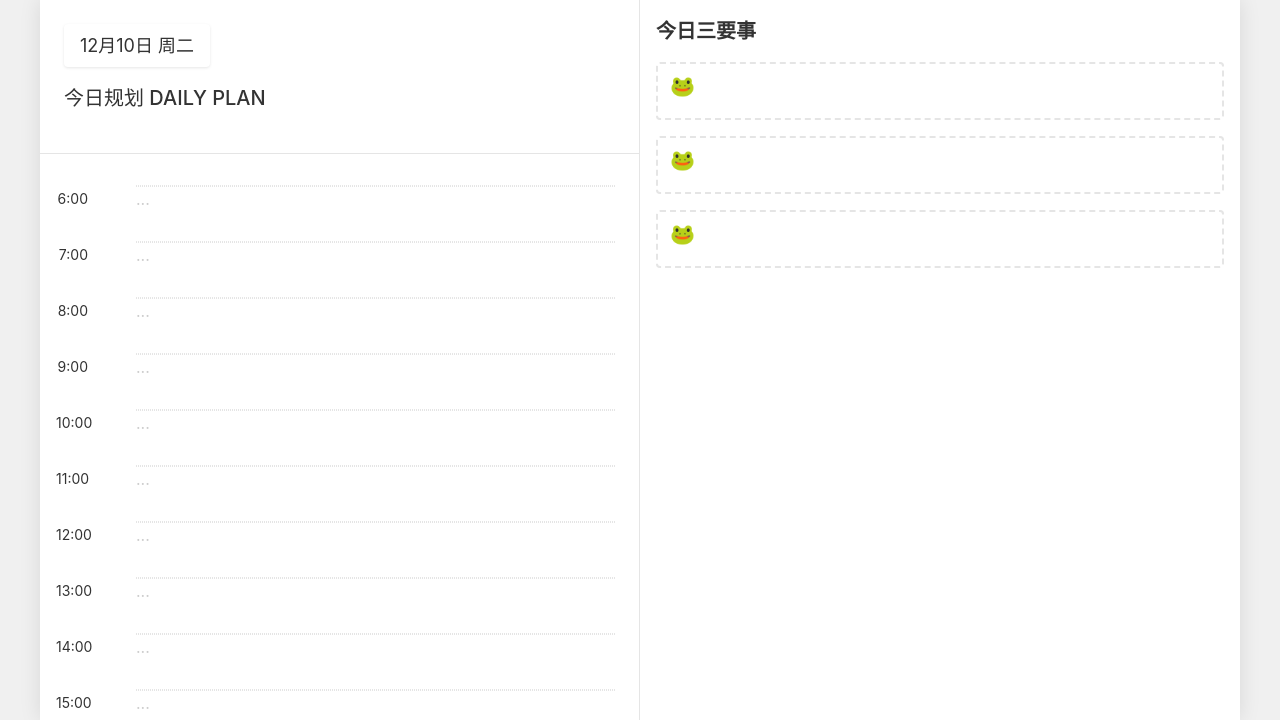
Repository: a6288a/Daily-Planner
Page: index.html
These files come from the project's save history. The page is drawn as it stood at one moment and after the next save; the edit follows.
The browser window is 1280 px wide. The pictures show the whole page.
An inner scrolling area shows only its first screen.

Above is the page before, as saved 2024-12-10 17:35:28.

### index.html
<!DOCTYPE html>
<html lang="zh">
<head>
    <meta charset="UTF-8">
    <meta name="viewport" content="width=device-width, initial-scale=1.0">
    <title>每日规划笔记本</title>
    <link rel="stylesheet" href="styles.css">
</head>
<body>
    <div class="container">
        <!-- 左侧时间轴区域 -->
        <div class="timeline-area">
            <!-- 顶部日期区域 -->
            <div class="date-header">
                <div class="current-date" id="current-date">
                    <!-- 日期将通过 JS 动态生成 -->
                </div>
                <h1 class="page-title">今日规划 DAILY PLAN</h1>
            </div>
            <div class="timeline-container" id="timeline-container">
                <!-- 时间轴将通过 JS 动态生成 -->
            </div>
        </div>

        <!-- 右侧区域 -->
        <div class="right-area">
            <!-- 三只青蛙区域 -->
            <div class="frogs-area">
                <h2 class="frogs-title">今日三要事</h2>
                <div class="frog-tasks">
                    <div class="frog-task">
                        <span class="frog-emoji">🐸</span>
                        <div class="task-content" data-index="0">点击设置重要事项</div>
                        <button class="task-clear" title="清除">×</button>
                    </div>
                    <div class="frog-task">
                        <span class="frog-emoji">🐸</span>
                        <div class="task-content" data-index="1">点击设置重要事项</div>
                        <button class="task-clear" title="清除">×</button>
                    </div>
                    <div class="frog-task">
                        <span class="frog-emoji">🐸</span>
                        <div class="task-content" data-index="2">点击设置重要事项</div>
                        <button class="task-clear" title="清除">×</button>
                    </div>
                </div>
            </div>

            <!-- 自由记录区域 -->
            <div class="free-area" id="free-area">
                <!-- 便签将通过 JS 动态生成 -->
            </div>
        </div>
    </div>
    <script src="script.js"></script>
</body>
</html>

### styles.css
:root {
    /* 纸张风格颜色变量 */
    --paper-color: #ffffff;
    --ink-color: #333333;
    --dot-color: #cccccc;
    --line-color: #e5e5e5;
    --accent-color: #4a90e2;

    /* 间距变量 */
    --spacing-unit: 8px;

    /* 字体变量 */
    --title-font: 'PingFang SC', -apple-system, BlinkMacSystemFont, 'Segoe UI', Roboto, sans-serif;
}

* {
    margin: 0;
    padding: 0;
    box-sizing: border-box;
}

body {
    font-family: var(--title-font);
    color: var(--ink-color);
    background-color: #f0f0f0;
    line-height: 1.5;
}

.container {
    display: grid;
    grid-template-columns: 1fr 1fr;
    min-height: 100vh;
    width: 100%;
    max-width: 1200px;
    margin: 0 auto;
    background: var(--paper-color);
    box-shadow: 0 0 20px rgba(0,0,0,0.1);
}

/* 日期头部样式 */
.date-header {
    padding: calc(var(--spacing-unit) * 3);
    border-bottom: 1px solid var(--line-color);
}

.page-title {
    font-size: 1.25rem;
    font-weight: 500;
    margin-bottom: calc(var(--spacing-unit) * 2);
    color: var(--ink-color);
}

.calendar {
    font-size: 0.75rem;
    color: var(--ink-color);
}

.month-grid {
    display: grid;
    grid-template-columns: repeat(12, 1fr);
    gap: 4px;
    margin-bottom: calc(var(--spacing-unit) * 2);
}

.weekday-row {
    display: grid;
    grid-template-columns: repeat(7, 1fr);
    gap: 4px;
}

/* 时间轴区域样式 */
.timeline-area {
    border-right: 1px solid var(--line-color);
    background: var(--paper-color);
    height: 100vh;
    overflow-y: auto;
    padding: 0;
}

.timeline-container {
    padding: calc(var(--spacing-unit) * 2);
}

.time-slot {
    position: relative;
    padding: calc(var(--spacing-unit) * 1.5) 0;
    margin-left: calc(var(--spacing-unit) * 6);
    min-height: 32px;
    display: flex;
    align-items: center;
}

.time-label {
    position: absolute;
    left: calc(var(--spacing-unit) * -6);
    top: 50%;
    transform: translateY(-50%);
    font-size: 0.875rem;
    color: var(--ink-color);
    width: calc(var(--spacing-unit) * 4);
    text-align: right;
}

.time-content {
    position: relative;
    flex: 1;
    margin-left: calc(var(--spacing-unit) * 3);
    min-height: 24px;
    padding: 4px 8px;
    cursor: text;
    z-index: 1;
}

/* 点状引导线 */
.time-content::before {
    content: '';
    position: absolute;
    left: calc(var(--spacing-unit) * -2);
    right: 8px;
    top: 50%;
    border-top: 1px dotted var(--dot-color);
    z-index: -1;
}

/* 时间轴内容的占位符 */
.time-content:empty::before {
    content: '...';
    color: var(--dot-color);
    position: absolute;
    left: 8px;
    top: 50%;
    transform: translateY(-50%);
    z-index: 0;
}

/* 时间轴内容的编辑状态 */
.time-content:focus {
    outline: none;
    background-color: rgba(74, 144, 226, 0.05);
}

.time-content:hover {
    background-color: rgba(0, 0, 0, 0.02);
}

/* 自由区域样式 */
.free-area {
    flex: 1;
    overflow: auto;
    padding: calc(var(--spacing-unit) * 2);
    position: relative;
    overflow: hidden;
}

.note {
    position: absolute;
    min-width: 200px;
    min-height: 120px;
    max-width: calc(100% - 20px);
    max-height: calc(100% - 20px);
    background: var(--paper-color);
    border-radius: 4px;
    padding: 0;
    box-shadow: 0 2px 4px rgba(0,0,0,0.1);
    user-select: none;
    transform: translate3d(0, 0, 0);
    transition: box-shadow 0.2s ease;
}

.note:hover {
    box-shadow: 0 4px 8px rgba(0,0,0,0.15);
}

.editable {
    width: 100%;
    height: 100%;
    border: none;
    resize: none;
    font-family: inherit;
    font-size: 0.9375rem;
    color: var(--text-primary);
    background: transparent;
    padding: 0;
}

.editable:focus {
    outline: none;
}

/* 响应式设计 */
@media (max-width: 768px) {
    .container {
        grid-template-columns: 1fr; /* 在小屏幕上堆叠显示 */
    }

    .timeline-area,
    .right-area {
        height: 50vh; /* 上下各占一半 */
    }

    .time-label {
        font-size: 0.75rem;
        left: calc(var(--spacing-unit) * -6);
    }

    .note {
        min-width: 160px;
        min-height: 100px;
    }
}

/* 滚动条美化 */
::-webkit-scrollbar {
    width: 8px;
}

::-webkit-scrollbar-track {
    background: var(--background-color);
}

::-webkit-scrollbar-thumb {
    background: var(--primary-light);
    border-radius: 4px;
}

::-webkit-scrollbar-thumb:hover {
    background: var(--primary-color);
}

/* 修改右侧区域结构 */
.right-area {
    display: flex;
    flex-direction: column;
    height: 100vh;
    background: var(--background-color);
}

/* 三只蛙区域样式 */
.frogs-area {
    background: var(--surface-color);
    padding: calc(var(--spacing-unit) * 2);
    box-shadow: var(--shadow-1);
    border-bottom: 1px solid var(--border-color);
}

.frogs-title {
    font-size: 1.25rem;
    color: var(--text-primary);
    margin-bottom: calc(var(--spacing-unit) * 2);
    display: flex;
    align-items: center;
    gap: var(--spacing-unit);
}

.frog-emoji {
    font-size: 1.25rem;
    line-height: 1;
}

.frog-tasks {
    display: grid;
    gap: calc(var(--spacing-unit) * 2);
    margin-bottom: var(--spacing-unit);
}

.frog-task {
    display: flex;
    align-items: center;
    gap: calc(var(--spacing-unit) * 2);
    padding: calc(var(--spacing-unit) * 1.5);
    background: var(--paper-color);
    border: 2px dashed var(--line-color);
    border-radius: 4px;
    min-height: calc(var(--spacing-unit) * 6);
    transition: all 0.2s ease;
    cursor: pointer;
}

.frog-task:hover {
    border-color: var(--accent-color);
    background-color: rgba(74, 144, 226, 0.05);
}

.task-content {
    flex: 1;
    color: var(--text-secondary);
}

.task-content.has-content {
    color: var(--ink-color);
}

.task-clear {
    opacity: 0;
    background: none;
    border: none;
    font-size: 1.2rem;
    color: var(--text-secondary);
    cursor: pointer;
    padding: 4px;
    transition: all 0.2s ease;
}

.frog-task:hover .task-clear {
    opacity: 0.6;
}

.task-clear:hover {
    opacity: 1 !important;
    color: #ff4444;
}

/* 修改自由区域样式 */
.free-area {
    flex: 1;
    overflow: auto;
    padding: calc(var(--spacing-unit) * 2);
    position: relative;
}

/* 响应式设计更新 */
@media (max-width: 768px) {
    .container {
        grid-template-columns: 1fr;
    }

    .timeline-area,
    .right-area {
        height: 50vh;
    }

    .frogs-area {
        padding: var(--spacing-unit);
    }

    .frog-tasks {
        gap: var(--spacing-unit);
    }

    .frog-task {
        padding: var(--spacing-unit);
        min-height: calc(var(--spacing-unit) * 5);
    }
}

/* 修改日期头部样式 */
.current-date {
    font-size: 1rem;
    color: var(--ink-color);
    margin-bottom: calc(var(--spacing-unit) * 2);
    cursor: pointer;
    display: inline-block;
    padding: 8px 16px;
    border-radius: 4px;
    background-color: var(--paper-color);
    box-shadow: 0 1px 3px rgba(0,0,0,0.1);
    transition: all 0.2s ease;
}

.current-date:hover {
    background-color: var(--line-color);
    box-shadow: 0 2px 5px rgba(0,0,0,0.15);
}

/* 修改签样式 */
.note {
    position: absolute;
    min-width: 200px;
    min-height: 120px;
    background: var(--paper-color);
    border-radius: 4px;
    padding: 0;
    box-shadow: 0 2px 4px rgba(0,0,0,0.1);
    user-select: none;
    transform: translate3d(0, 0, 0);
}

.note-header {
    padding: 8px;
    background-color: rgba(0, 0, 0, 0.02);
    border-top-left-radius: 4px;
    border-top-right-radius: 4px;
    border-bottom: 1px solid var(--line-color);
    cursor: grab;
}

.note-header:active {
    cursor: grabbing;
}

.note-content {
    padding: calc(var(--spacing-unit) * 2);
    min-height: 80px;
    user-select: text;
}

.note-header {
    display: flex;
    justify-content: flex-end;
    margin-bottom: var(--spacing-unit);
}

.delete-note {
    background: none;
    border: none;
    color: var(--ink-color);
    cursor: pointer;
    padding: 4px;
    opacity: 0.6;
    transition: opacity 0.2s;
}

.delete-note:hover {
    opacity: 1;
}

/* 修改青蛙任务样式 */
.frog-task {
    display: flex;
    align-items: flex-start;
    gap: calc(var(--spacing-unit) * 2);
    padding: calc(var(--spacing-unit) * 1.5);
    background: var(--paper-color);
    border: 2px dashed var(--line-color);
    border-radius: 4px;
    min-height: calc(var(--spacing-unit) * 6);
    transition: all 0.2s ease;
}

.frog-emoji {
    font-size: 1.25rem;
    line-height: 1;
}

.task-content {
    flex: 1;
    min-height: 24px;
    position: relative;
    pointer-events: none;
}

.task-content:empty::before {
    content: attr(data-placeholder);
    color: var(--dot-color);
    position: absolute;
    pointer-events: none;
}

/* 拖拽相关样式 */
.dragging {
    opacity: 0.5;
    cursor: grabbing;
}

.drag-over {
    border-color: var(--accent-color);
    background-color: rgba(74, 144, 226, 0.1);
    transform: scale(1.02);
}

/* 日期显示样式 */
.current-date {
    font-size: 1rem;
    color: var(--ink-color);
    margin-bottom: calc(var(--spacing-unit) * 2);
    cursor: pointer;
    display: inline-block;
    padding: 8px 16px;
    border-radius: 4px;
    background-color: var(--paper-color);
    box-shadow: 0 1px 3px rgba(0,0,0,0.1);
    transition: all 0.2s ease;
}

.current-date:hover {
    background-color: var(--line-color);
    box-shadow: 0 2px 5px rgba(0,0,0,0.15);
}

/* 便签内容样式 */
.note-content {
    min-height: 60px;
    outline: none;
    padding: 4px;
}

.note-content:focus {
    background-color: rgba(74, 144, 226, 0.05);
}

/* 日期选择器容器 */
.date-picker-container {
    position: relative;
    margin-bottom: calc(var(--spacing-unit) * 2);
}

.current-date {
    font-size: 1.125rem;
    color: var(--ink-color);
    cursor: pointer;
    display: inline-block;
    padding: 8px 16px;
    border-radius: 4px;
    background-color: var(--paper-color);
    box-shadow: 0 1px 3px rgba(0,0,0,0.1);
    transition: all 0.2s ease;
    user-select: none;
}

.current-date:hover {
    background-color: var(--line-color);
    box-shadow: 0 2px 5px rgba(0,0,0,0.15);
}

/* 自定义日期选择样式 */
input[type="date"] {
    position: absolute;
    top: 0;
    left: 0;
    opacity: 0;
    width: 100%;
    height: 100%;
    cursor: pointer;
}

.note {
    transition: transform 0.2s ease;
}

.dragging-to-frog {
    transform: scale(0.95);
    opacity: 0.8;
    cursor: move !important;
}

.dragging {
    opacity: 0.5;
}

.task-menu {
    position: absolute;
    background: white;
    border-radius: 4px;
    box-shadow: 0 2px 10px rgba(0,0,0,0.1);
    max-width: 300px;
    max-height: 400px;
    overflow-y: auto;
    z-index: 1000;
}

.menu-section {
    padding: 8px;
}

.menu-section h3 {
    font-size: 0.9rem;
    color: var(--text-secondary);
    margin-bottom: 8px;
}

.menu-item {
    padding: 8px;
    cursor: pointer;
    border-radius: 4px;
    transition: all 0.2s ease;
}

.menu-item:hover {
    background-color: rgba(74, 144, 226, 0.1);
}

Loaded but not shown: script.js (549 lines, source omitted)

After the next save:
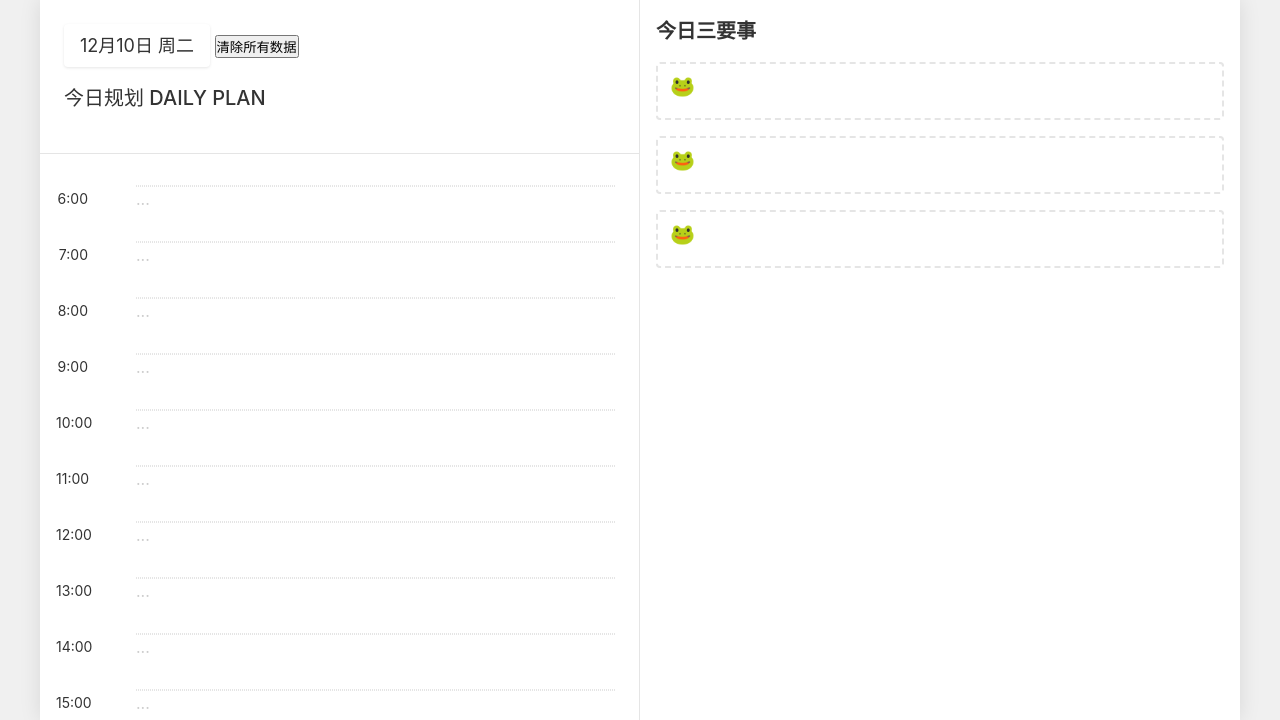
Saved 104 s later.
--- a/index.html
+++ b/index.html
@@ -12,8 +12,11 @@
         <div class="timeline-area">
             <!-- 顶部日期区域 -->
             <div class="date-header">
-                <div class="current-date" id="current-date">
-                    <!-- 日期将通过 JS 动态生成 -->
+                <div class="header-controls">
+                    <div class="current-date" id="current-date">
+                        <!-- 日期将通过 JS 动态生成 -->
+                    </div>
+                    <button class="clear-all-btn" id="clearAllData">清除所有数据</button>
                 </div>
                 <h1 class="page-title">今日规划 DAILY PLAN</h1>
             </div>
@@ -40,7 +43,7 @@
                     </div>
                     <div class="frog-task">
                         <span class="frog-emoji">🐸</span>
-                        <div class="task-content" data-index="2">点击设置重要事项</div>
+                        <div class="task-content" data-index="2">点击设置重��事项</div>
                         <button class="task-clear" title="清除">×</button>
                     </div>
                 </div>
